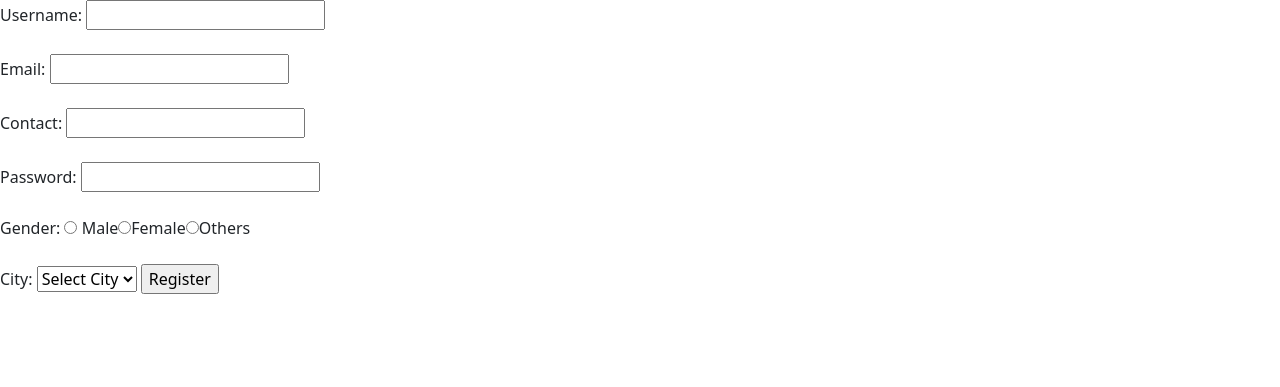
Repository: MD-1107/ISS_Assignment
Page: http://localhost/DemoRegisterLogin/Register
These files come from the project's save history. The page is drawn as it stood at one moment and after the next save; the edit follows.
The browser window is 1280 px wide. The pictures show the whole page.
The page is served by Tomcat 9.

Above is the page before, as saved 2024-01-03 11:30:46.
Console error: TypeError: Cannot read properties of null (reading 'addEventListener')

After the next save:
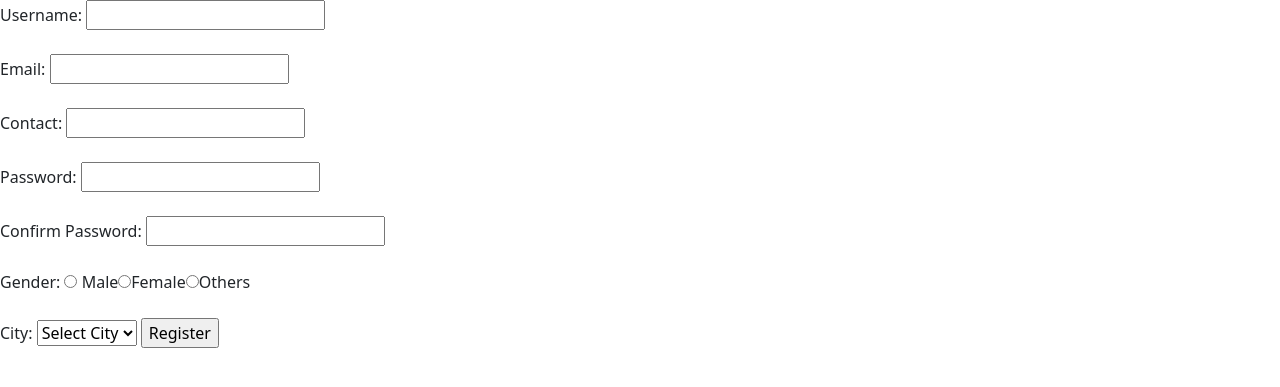
Saved 22 s later.
--- a/INTEGRATING CLIENT SIDE PROGRAMMING/DemoRegisterLogin/src/main/webapp/register.jsp
+++ b/INTEGRATING CLIENT SIDE PROGRAMMING/DemoRegisterLogin/src/main/webapp/register.jsp
@@ -15,6 +15,7 @@
     Email: <input type="email" id="email" name="email"/> <br/> <br/>
     Contact: <input type="text" id="contact" name="contact"/> <br/> <br/>
     Password: <input type="password" id="password" name="password"/> <br/> <br/>
+    Confirm Password: <input type="password" id="password2" name="password2"/> <br/> <br/>
     Gender: <input type="radio" id="gender" name="gender"/> Male<input type="radio" name="gender">Female<input type="radio" name="gender">Others<br/> <br/>
     City: <select name="city" id="city">
           <option> Select City </option>
